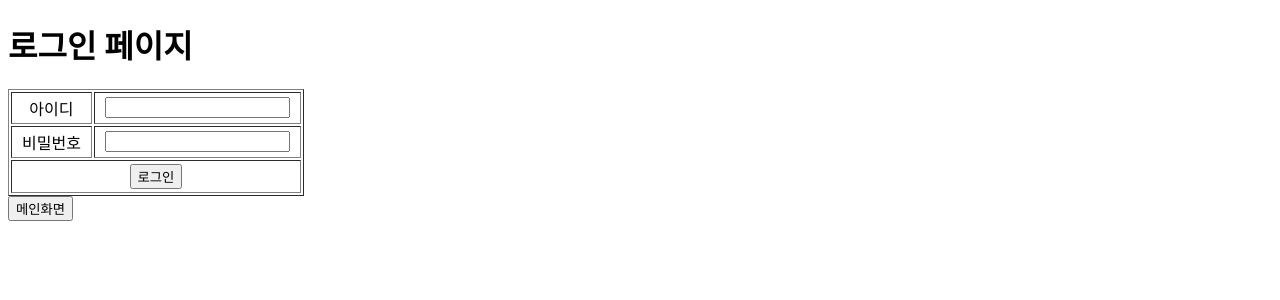
Repository: jjuhye/JSPWorkspace
Page: http://localhost/basic/00_memberLogin/03_21_loginForm.jsp
These files come from the project's save history. The page is drawn as it stood at one moment and after the next save; the edit follows.
The browser window is 1280 px wide. The pictures show the whole page.
The page is served by Tomcat 9. Other server files are loaded and not shown.

Above is the page before, as saved 2023-02-22 02:16:53.

### basic/src/main/webapp/00_memberLogin/03_21_loginForm.jsp
<%@ page language="java" contentType="text/html; charset=UTF-8"
    pageEncoding="UTF-8"%>
<!DOCTYPE html>
<html>
<head>
<meta charset="UTF-8">
<title>Insert title here</title>
<link rel="stylesheet" href="./member.css">
</head>
<body>
<h1> 로그인 페이지 </h1>

<table border="1">
    <tr>
		<td>아이디</td>
        <td><input type="text" name="loginId"></td>
    </tr>
    <tr>
        <td>비밀번호</td>
        <td><input type="text" name="loginPw"></td>
    </tr>
    <tr>
    <td colspan="2"><button>로그인</button></td>
    </tr>
</table>

<button>메인화면</button>
</body>
</html>

### basic/src/main/webapp/00_memberLogin/member.css
@charset "UTF-8";

table{
	text-align: center;

}

/* tr:nth-child(1){
	background-color:lightgray;
	font-weight: bold;
} */

td{
	padding: 3px 10px;
}

After the next save:
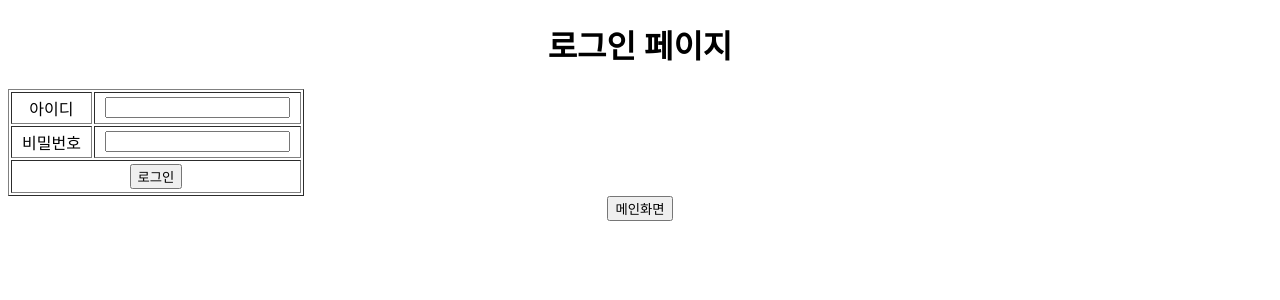
Saved 31 s later.
--- a/basic/src/main/webapp/00_memberLogin/member.css
+++ b/basic/src/main/webapp/00_memberLogin/member.css
@@ -1,9 +1,12 @@
 @charset "UTF-8";
 
-table{
+body{
 	text-align: center;
+}
 
-}
+/* table{
+	text-align: center;
+} */
 
 /* tr:nth-child(1){
 	background-color:lightgray;

After the save that followed:
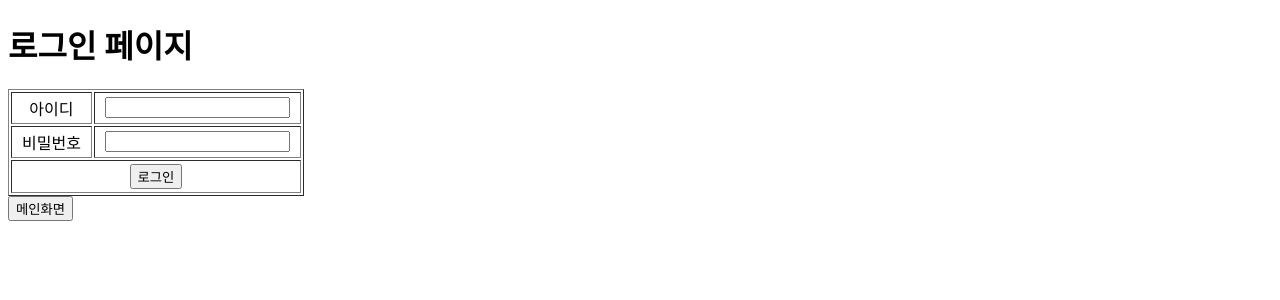
Saved 15 s later.
--- a/basic/src/main/webapp/00_memberLogin/member.css
+++ b/basic/src/main/webapp/00_memberLogin/member.css
@@ -1,12 +1,8 @@
 @charset "UTF-8";
 
-body{
+table{
 	text-align: center;
 }
-
-/* table{
-	text-align: center;
-} */
 
 /* tr:nth-child(1){
 	background-color:lightgray;
